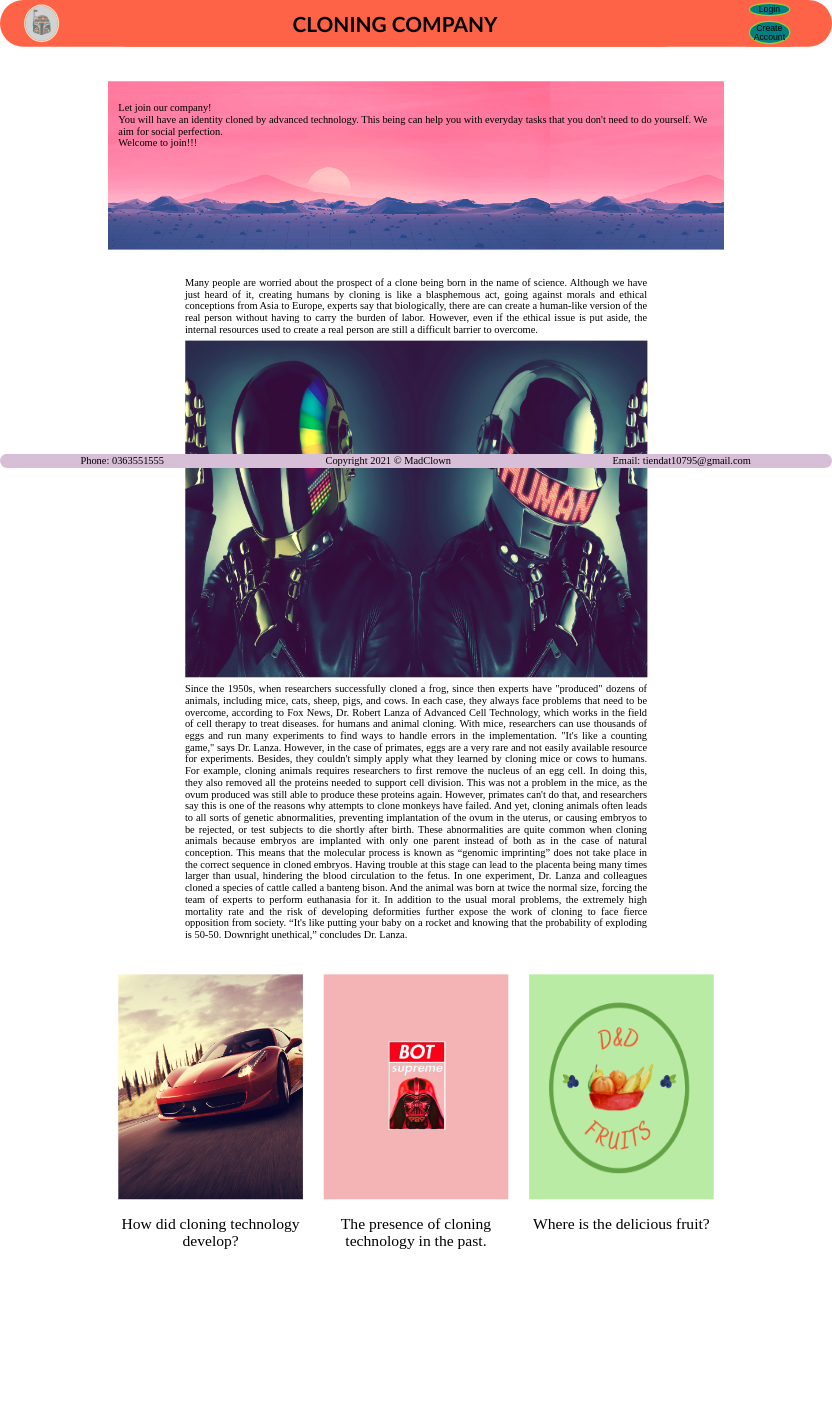
Repository: madd107/demo-form
Page: Assigment_FEE/CaseStudy_1.html
These files come from the project's save history. The page is drawn as it stood at one moment and after the next save; the edit follows.
The browser window is 1280 px wide. The pictures show the whole page, at 65% of full size.

Above is the page before, as saved 2021-10-01 02:20:22.

After the next save:
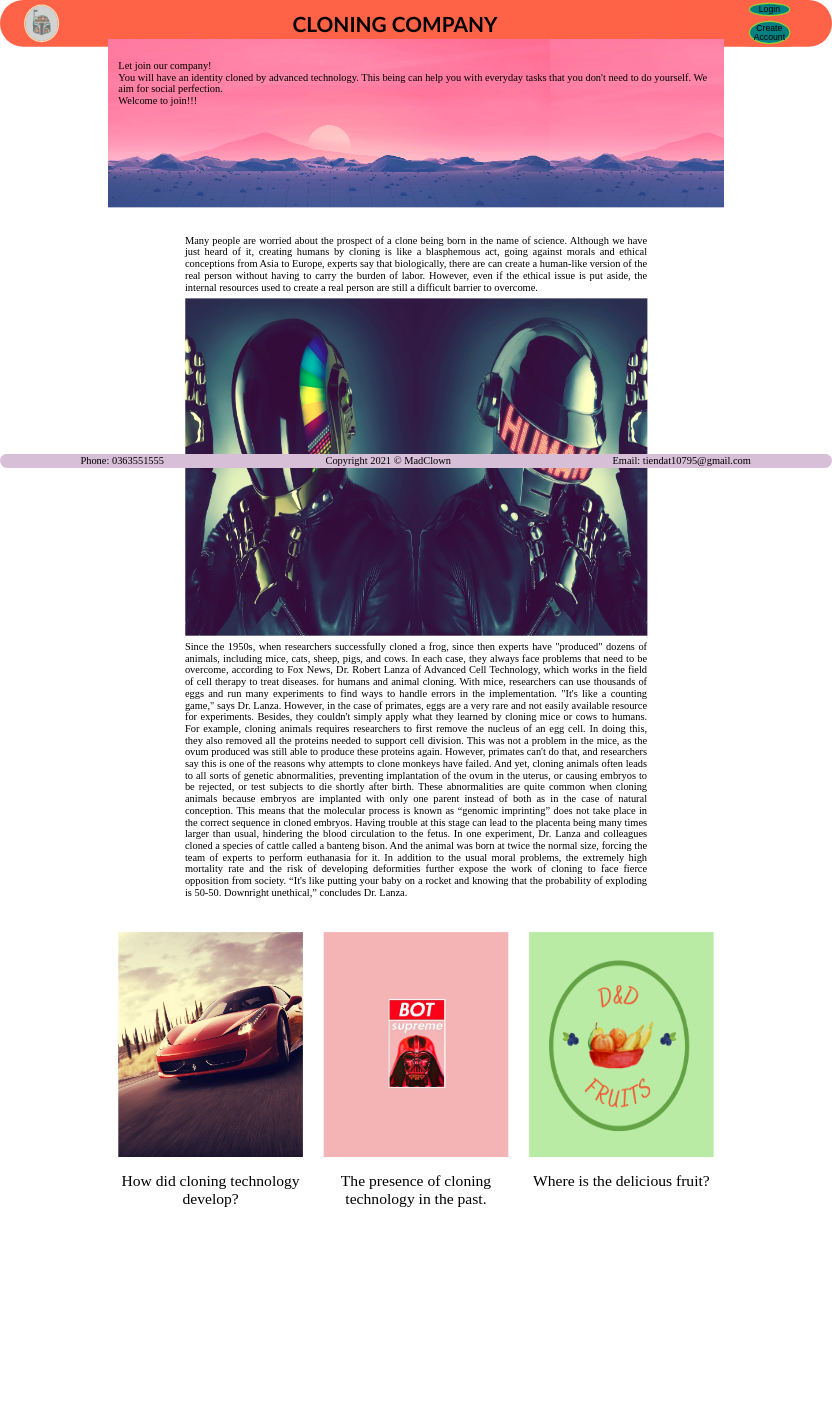
Saved 19 s later.
--- a/Assigment_FEE/CaseStudy_1.html
+++ b/Assigment_FEE/CaseStudy_1.html
@@ -13,15 +13,15 @@
         <li class="topbar logo">
           <img src="image/Screenshot from 2021-09-29 23-32-12.png" alt="" />
         </li>
-        <li class="wrapper topbar title">
+        <li class="topbar title">
           <h1>Cloning Company</h1>
         </li>
-        <li class="wrapper topbar login">
+        <li class="topbar login">
           <button>Login</button>
           <button>Create Account</button>
         </li>
       </div>
-      <div class="wrapper main">
+      <div class="main">
         <div class="wrapper main header">
           <p>
             Let join our company! <br />

After the save that followed:
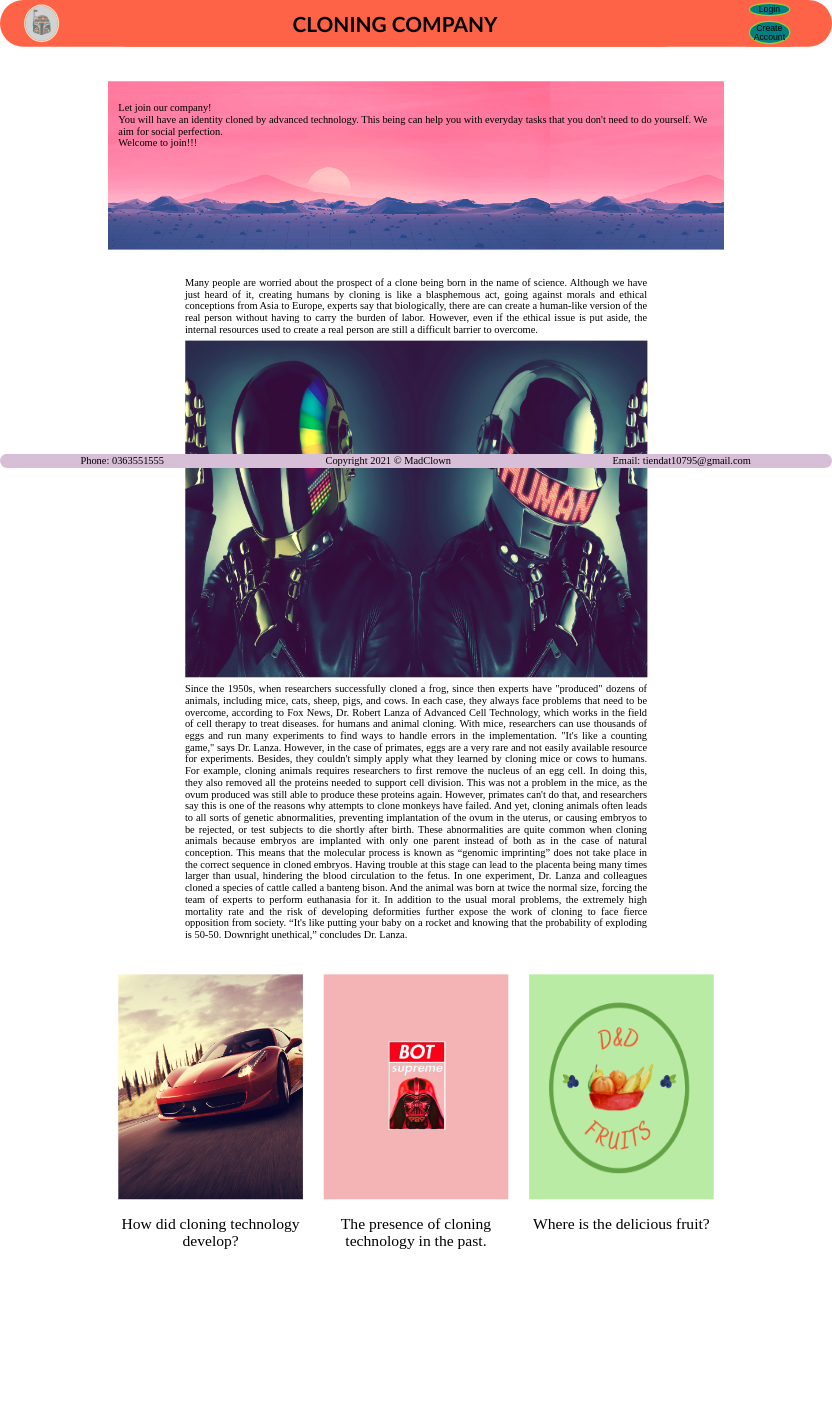
Saved 15 s later.
--- a/Assigment_FEE/CaseStudy_1.html
+++ b/Assigment_FEE/CaseStudy_1.html
@@ -9,19 +9,19 @@
   </head>
   <body>
     <div class="wrapper">
-      <div class="topbar">
-        <li class="topbar logo">
+      <div class="wrapper topbar">
+        <li class="wrapper topbar logo">
           <img src="image/Screenshot from 2021-09-29 23-32-12.png" alt="" />
         </li>
-        <li class="topbar title">
+        <li class="wrapper topbar title">
           <h1>Cloning Company</h1>
         </li>
-        <li class="topbar login">
+        <li class="wrapper topbar login">
           <button>Login</button>
           <button>Create Account</button>
         </li>
       </div>
-      <div class="main">
+      <div class="wrapper main">
         <div class="wrapper main header">
           <p>
             Let join our company! <br />
